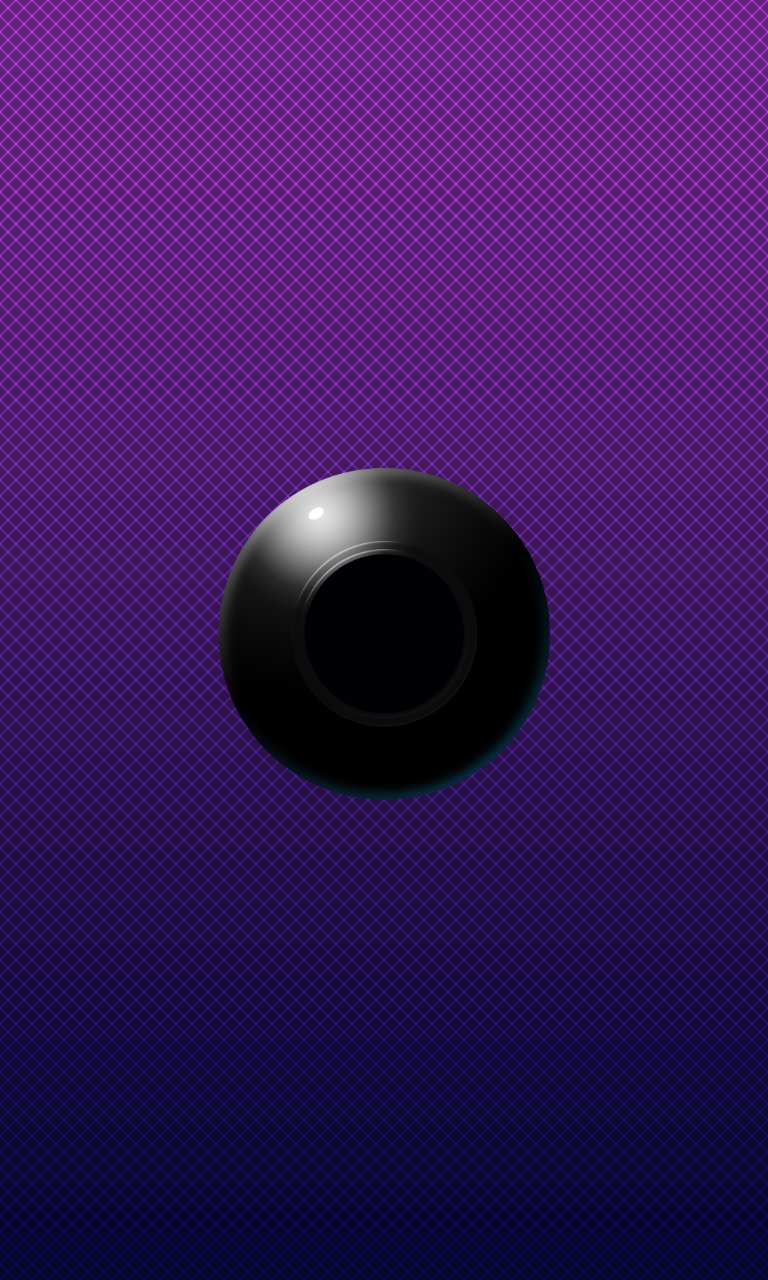
Repository: LimHeeJho/masicBall
Layout: MagicBall/res/layout/activity_main.xml
The author's editor kept a copy of each file at every save. The layout is drawn from the files as they stood at one save, then again after the next save.
It is drawn on a 768 x 1280 px phone screen (xhdpi) without system bars, with theme AppTheme; the app's code is not run.

Above is the layout before, as saved 2013-07-17 08:12:18.

### MagicBall/res/layout/activity_main.xml
<RelativeLayout xmlns:android="http://schemas.android.com/apk/res/android"
    xmlns:tools="http://schemas.android.com/tools"
    android:layout_width="fill_parent"
    android:layout_height="fill_parent"
    tools:context=".MainActivity" >

    <RelativeLayout
        android:layout_width="fill_parent"
        android:layout_height="fill_parent"
        android:layout_alignParentLeft="true"
        android:layout_alignParentTop="true"
        android:background="@drawable/background" >

        <RelativeLayout
            android:layout_width="fill_parent"
            android:layout_height="300dp"
            android:layout_marginTop="100dp" >

            <ImageView
                android:id="@+id/imageView1"
                android:layout_width="fill_parent"
                android:layout_height="fill_parent"
                android:layout_alignParentTop="true"
                android:layout_centerHorizontal="true"
                android:layout_marginTop="134dp"
                android:src="@drawable/ball" />
        </RelativeLayout>
    </RelativeLayout>

</RelativeLayout>

Loaded but not shown: MagicBall/res/values/styles.xml (common file); MagicBall/res/values-v11/styles.xml (common file); MagicBall/res/values-v14/styles.xml (common file)

After the next save:
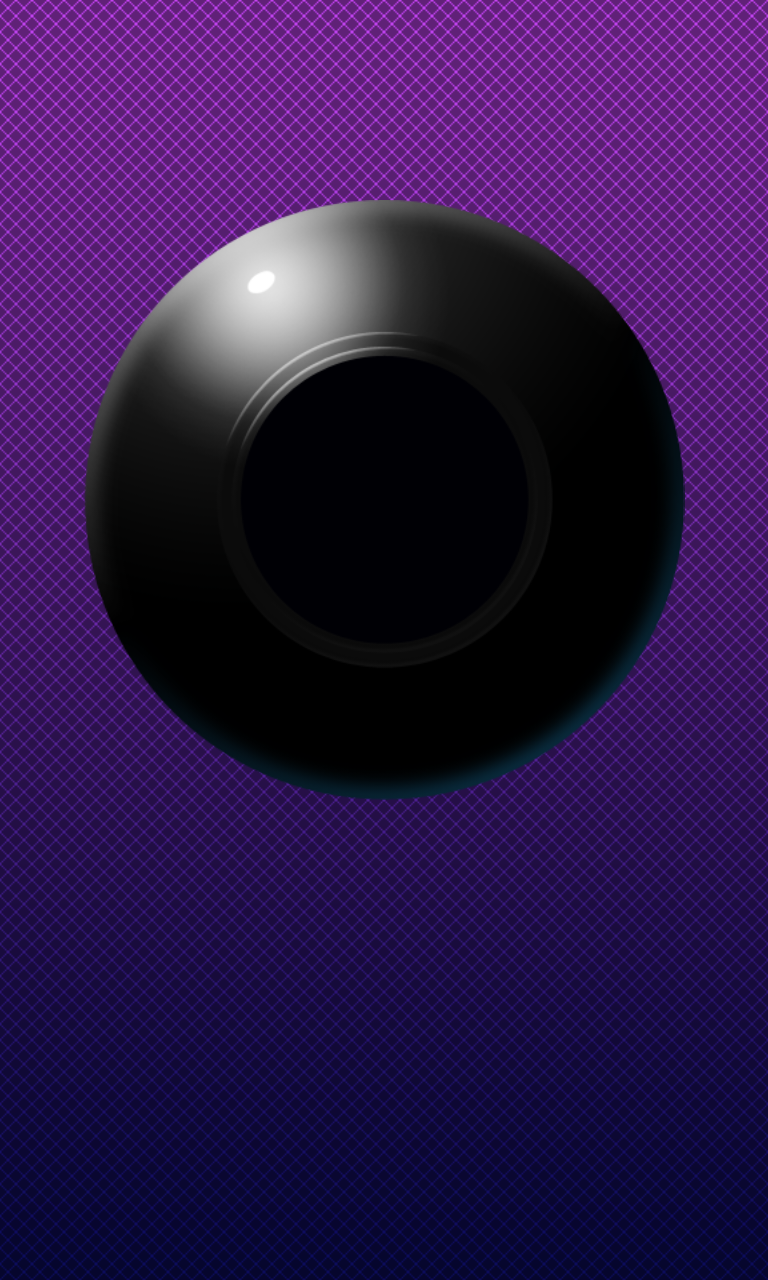
Saved 7 s later.
--- a/MagicBall/res/layout/activity_main.xml
+++ b/MagicBall/res/layout/activity_main.xml
@@ -22,7 +22,6 @@
                 android:layout_height="fill_parent"
                 android:layout_alignParentTop="true"
                 android:layout_centerHorizontal="true"
-                android:layout_marginTop="134dp"
                 android:src="@drawable/ball" />
         </RelativeLayout>
     </RelativeLayout>
